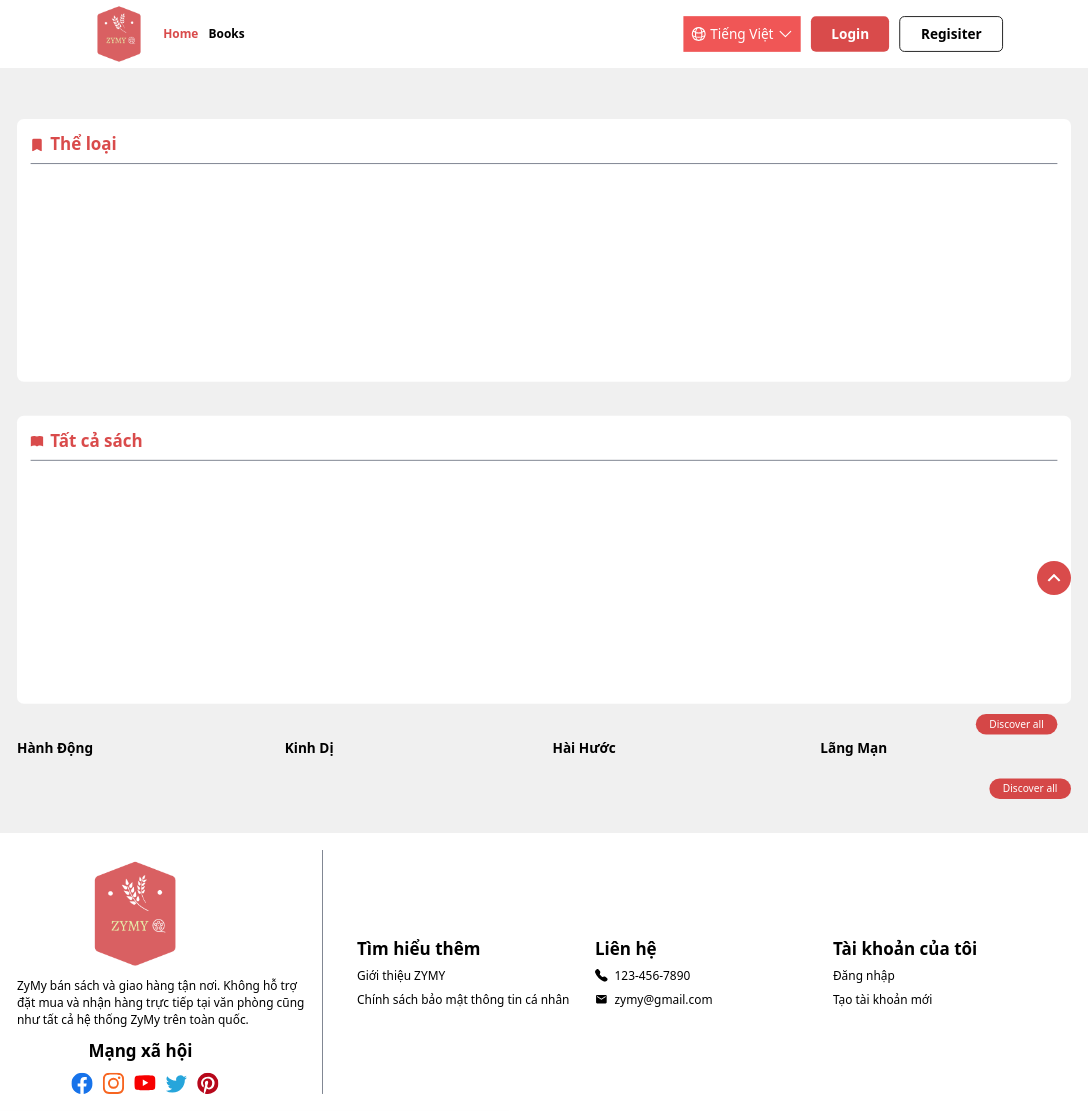
Repository: NguyenDinhThuyVy/website_selling_books
Page: / (app in FrontEnd/)
An editor plug-in stored every save of this project. The page is shown before and after the next save, followed by the edit.
The browser window is 1280 px wide. The pictures show the whole page, at 85% of full size.
The page's requests for data from a server got no answer. The project was rebuilt for these pictures with package versions that can differ from the ones it lists, and the page was loaded fresh each time. Some packages were replaced by stand-ins written for this rebuild. The framework's server and built-in components were replaced by stand-ins that run in the browser. No one was signed in, and anything a server would have sent is missing. Also part of the build but not shown: FrontEnd/next.config.js, FrontEnd/src/components/InforLogin/styles.scss, FrontEnd/src/components/InforLogin/index.jsx, FrontEnd/src/app/(default)/(public)/home/components/CategoryColumn/CategoryColumnContent/index.jsx, FrontEnd/src/styles/CategoryItem.scss, FrontEnd/src/app/(default)/(public)/home/components/CategoryItem/index.jsx, FrontEnd/src/app/(default)/(public)/home/components/BannerItem/index.jsx, FrontEnd/src/styles/BookItem.scss and 1 more.

Above is the page before, as saved 2023-12-29 15:16:19.

After the next save:
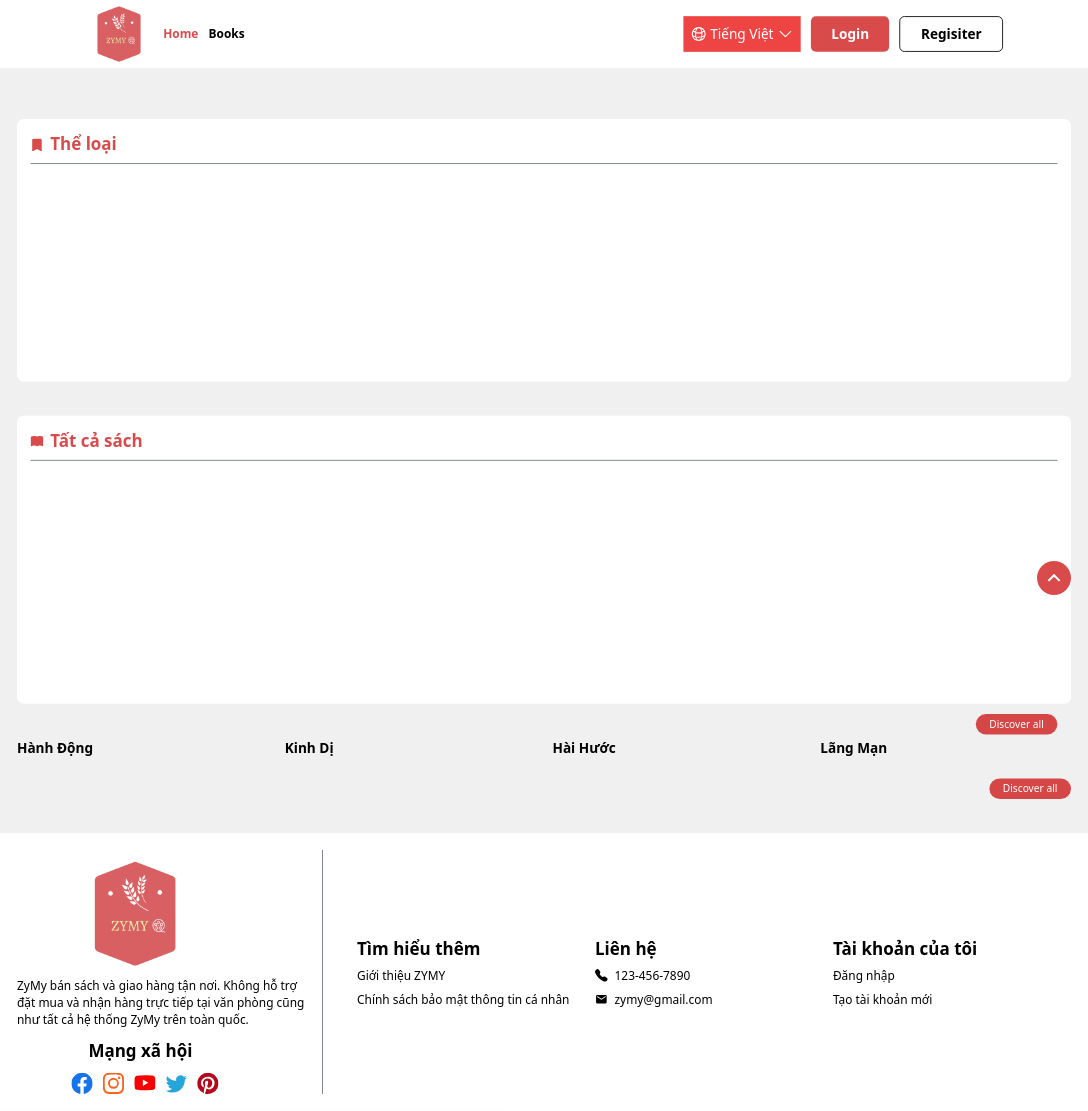
Saved 7 s later.
--- a/FrontEnd/src/components/layout/Header/index.jsx
+++ b/FrontEnd/src/components/layout/Header/index.jsx
@@ -103,7 +103,7 @@ export default function Header() {
         ) : (
           <>
             <Popover
-              className="flex items-center py-1 hover:text-gray-300 cursor-pointer  z-40 bg-red-500/90 text-white font-medium px-2 "
+              className="flex items-center py-1 hover:text-gray-300 cursor-pointer  z-40 bg-red-500 text-white font-medium px-2 "
               renderPopover={
                 <div className="bg-red-300 relative shadow-md rounded-sm border border-gray-200 z-40">
                   <div className="flex flex-col py-2 pr-28 pl-3">
